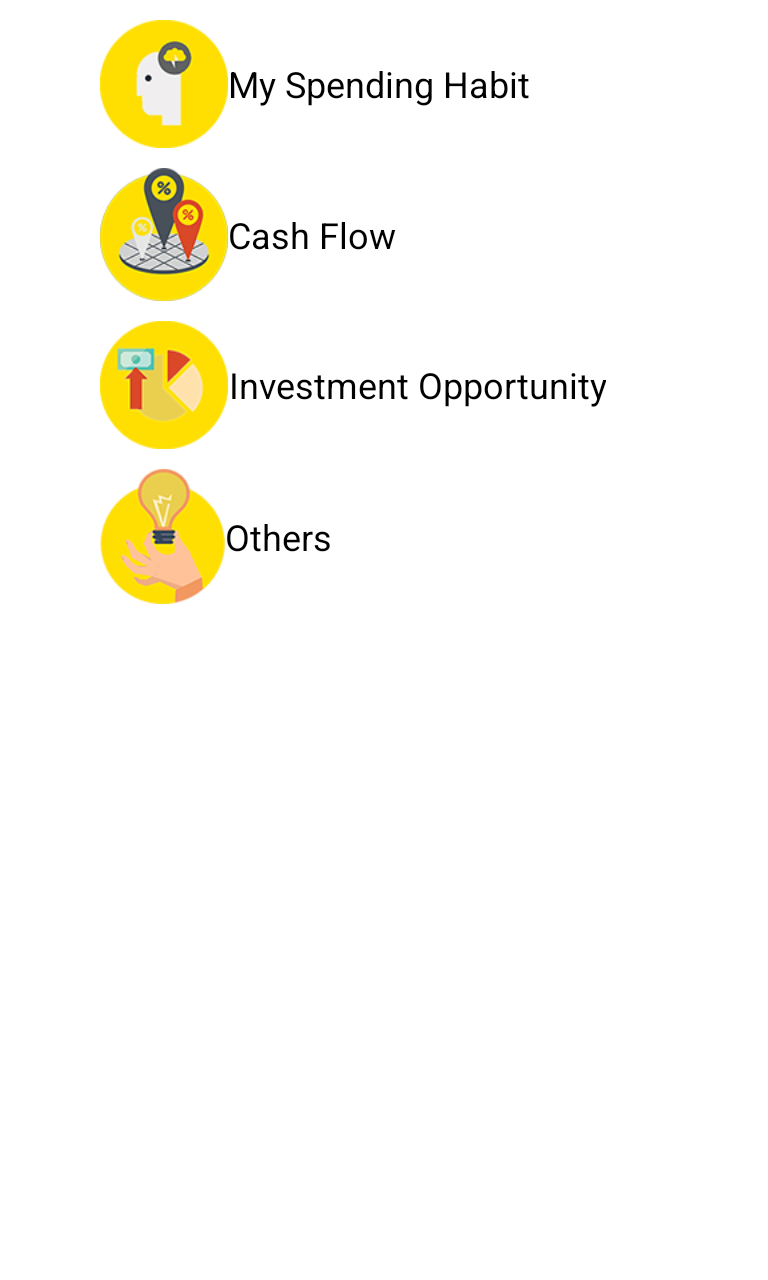
Repository: derek-zhan/RBCPrototypeChallenge
Layout: RBCPrototype/res/layout/activity_menu.xml
An editor plug-in stored every save of this project. The layout is shown before and after the next save, followed by the edit.
It is drawn on a 768 x 1280 px phone screen (xhdpi) without system bars, with theme AppTheme; the app's code is not run. Lists and similar views that code fills are empty.

Above is the layout before, as saved 2014-06-03 21:06:52.

After the next save:
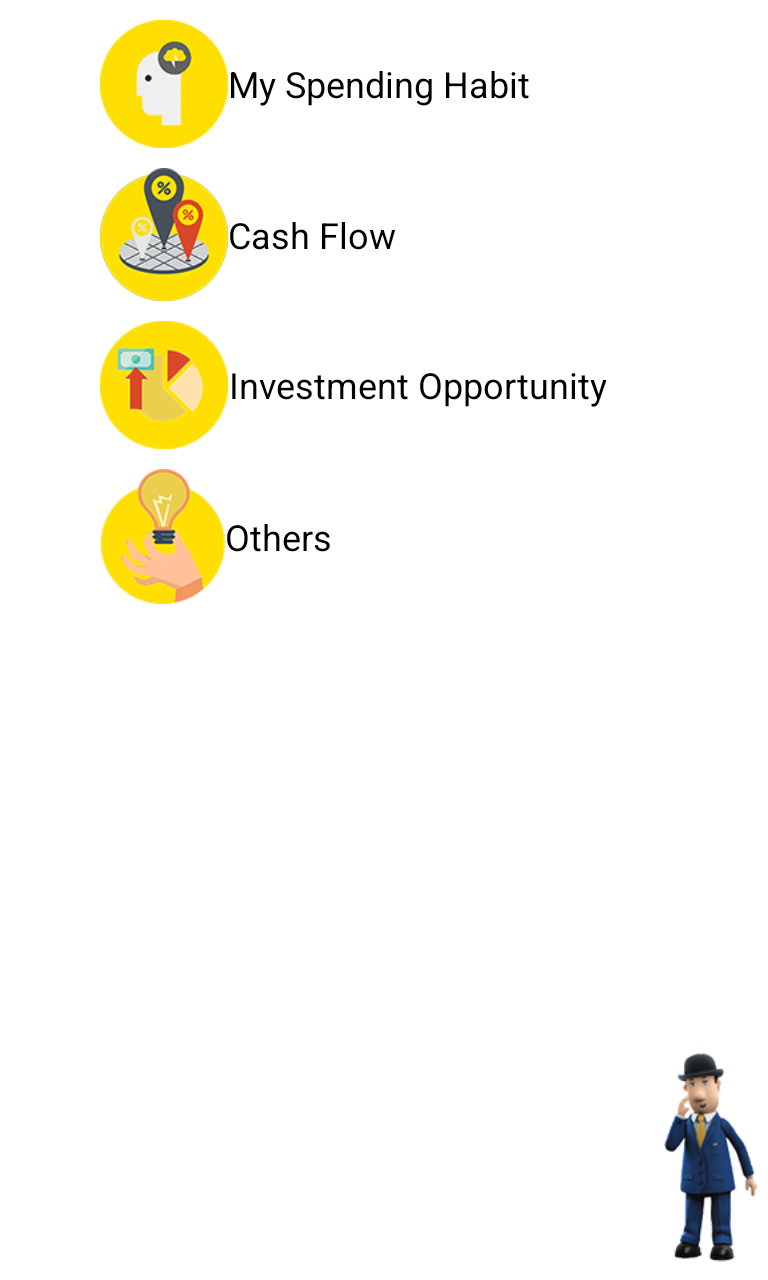
Saved 76 s later.
--- a/RBCPrototype/res/layout/activity_menu.xml
+++ b/RBCPrototype/res/layout/activity_menu.xml
@@ -54,6 +54,14 @@
     		android:drawableLeft="@drawable/icon_suggestions"
     		android:background="@null"
     		android:text="@string/suggestions_button_text"/>
+    	<ImageButton
+        android:id="@+id/rbc_man"
+        android:layout_width="wrap_content"
+        android:layout_height="wrap_content"
+        android:layout_alignParentRight="true"
+        android:layout_alignParentBottom="true"
+        android:src="@drawable/whisper_arbie"
+        android:background="@null"/>
 
 
     </RelativeLayout>
